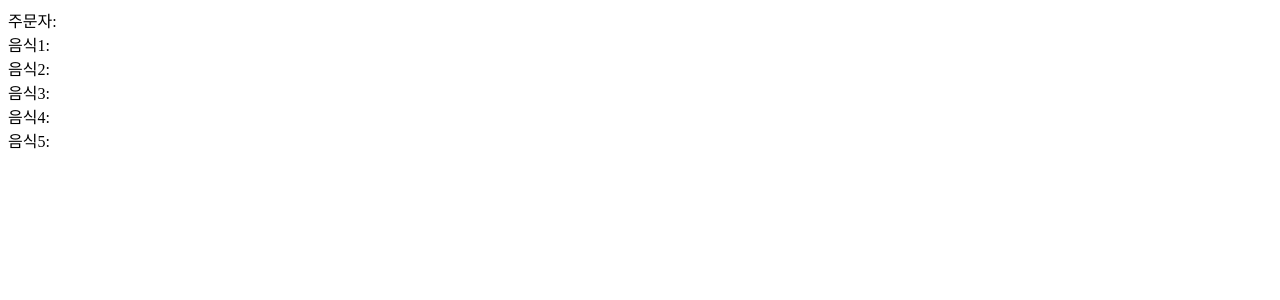
Repository: hwimi/2024-04-12
Page: http://localhost/jstl_study/step-7.jsp
An editor plug-in stored every save of this project. The page is shown before and after the next save, followed by the edit.
The browser window is 1280 px wide. The pictures show the whole page.
The page is served by Tomcat 9. Other server files are loaded and not shown.

Above is the page before, as saved 2024-04-11 05:34:02.

### jstl_study/src/main/webapp/step-7.jsp
<%@ page language="java" contentType="text/html; charset=UTF-8"
    pageEncoding="UTF-8"%>
    <%@ taglib uri="http://java.sun.com/jsp/jstl/core" prefix="c"%>
<!DOCTYPE html>
<html>
<head>
<meta charset="UTF-8">
<title>Insert title here</title>
</head>
<body>
		주문자: ${param.customer}<br>
    	음식1:${paramValues.food[0]}<br>
        음식2:${paramValues.food[1]}<br>
        음식3:${paramValues.food[2]}<br>
        음식4:${paramValues.food[3]}<br>
        음식5:${paramValues.food[4]}<br>
</body>
</html>

After the next save:
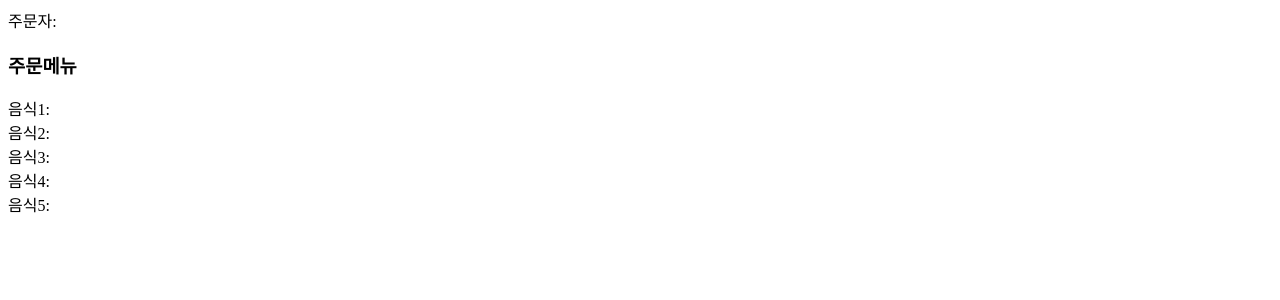
Saved 17 s later.
--- a/jstl_study/src/main/webapp/step-7.jsp
+++ b/jstl_study/src/main/webapp/step-7.jsp
@@ -9,6 +9,7 @@
 </head>
 <body>
 		주문자: ${param.customer}<br>
+		<h3>주문메뉴</h3>
     	음식1:${paramValues.food[0]}<br>
         음식2:${paramValues.food[1]}<br>
         음식3:${paramValues.food[2]}<br>
